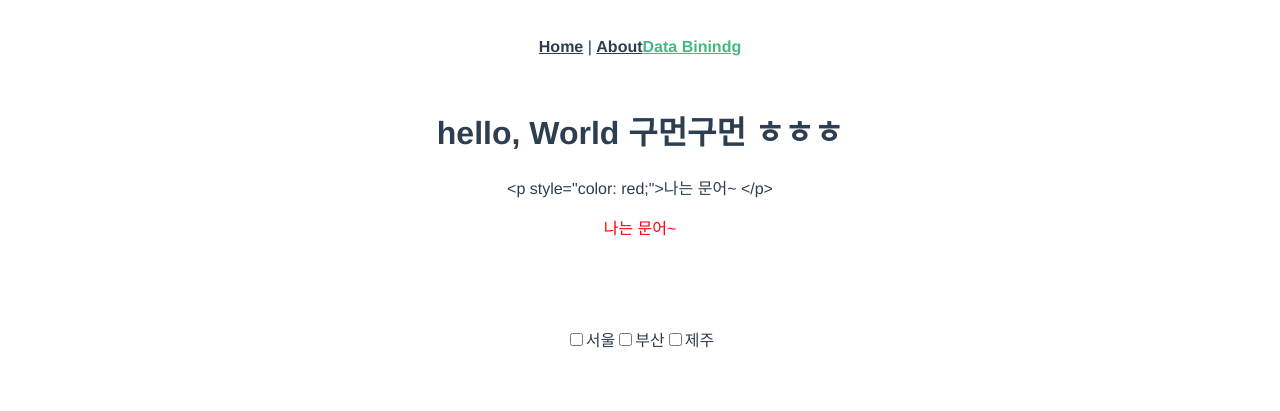
Repository: jang0ha/vue
Page: /databinding
These files come from the project's save history. The page is drawn as it stood at one moment and after the next save; the edit follows.
The browser window is 1280 px wide. The pictures show the whole page.
The project was rebuilt for these pictures with package versions that can differ from the ones it lists, and the page was loaded fresh each time. Also part of the build but not shown: vue.config.js, src/components/HelloWorld.vue, src/views/HomeView.vue, src/views/AboutView.vue.

Above is the page before, as saved 2022-04-06 12:14:17.

After the next save:
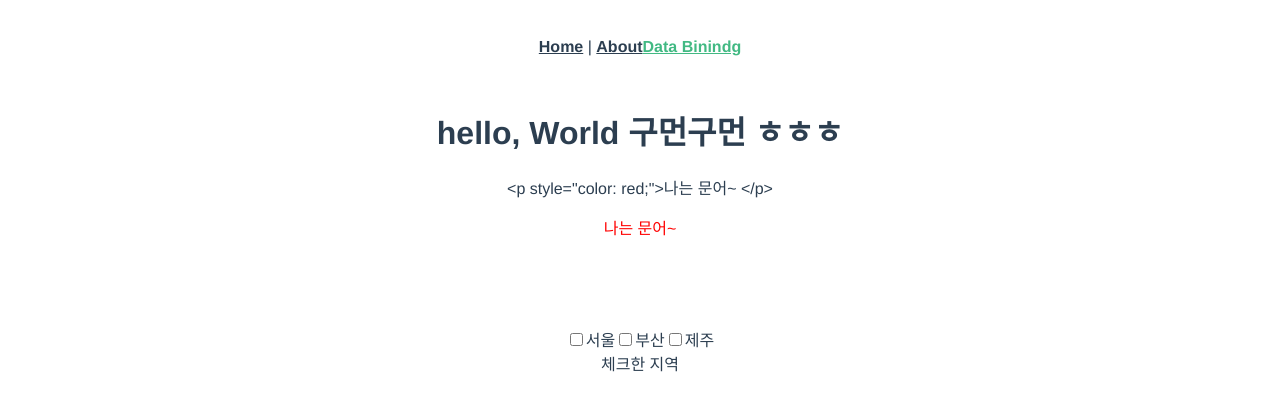
Saved 19 s later.
--- a/src/views/DataBinding.vue
+++ b/src/views/DataBinding.vue
@@ -10,6 +10,8 @@
         <label for=""><input type="checkbox" name="" id="" v-model="checked" value="서울">서울</label>
         <label for=""><input type="checkbox" name="" id="" v-model="checked" value="부산">부산</label>
         <label for=""><input type="checkbox" name="" id="" v-model="checked" value="제주">제주</label>
+        <br>
+        <span>체크한 지역 {{checked}}</span>
     </div>
 </template>
 <script>
